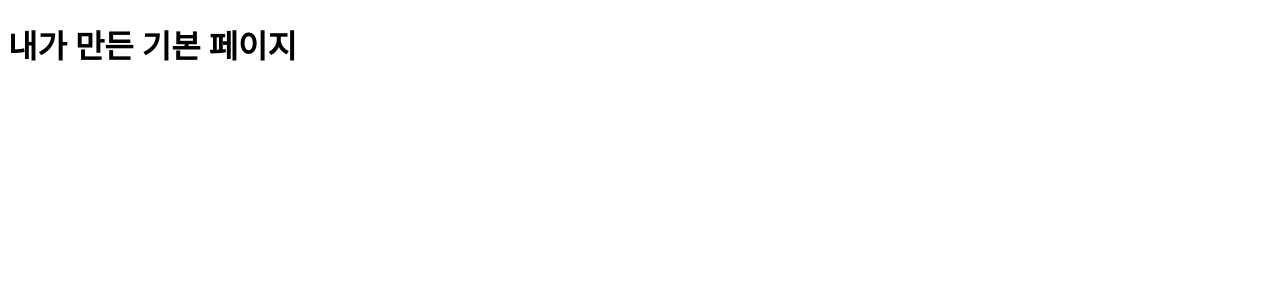
Repository: coconut510/mybatis
Page: mybatis_01/WebContent/index.html
These files come from the project's save history. The page is drawn as it stood at one moment and after a run of saves; the edit follows.
The browser window is 1280 px wide. The pictures show the whole page.

Above is the page before, as saved 2018-06-26 07:16:03.

After the next 4 saves:
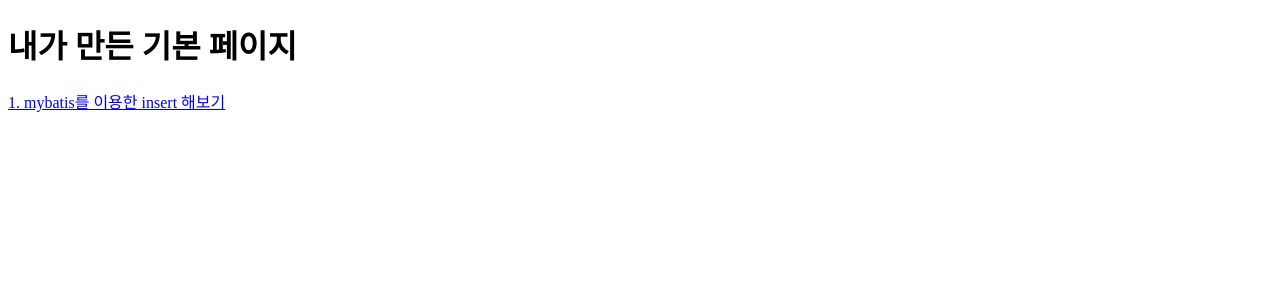
The 4 saves are shown as one change because they came seconds apart.
The last was saved 28 s later.
--- a/mybatis_01/WebContent/index.html
+++ b/mybatis_01/WebContent/index.html
@@ -5,7 +5,8 @@
 <title>Insert title here</title>
 </head>
 <body>
-<h1>내가 만든 기본 페이지</h1>
-<a href="/mybatisTest1"></a>
+	<h1>내가 만든 기본 페이지</h1>
+	<a href="/mybatisTest1">1. mybatis를 이용한 insert 해보기</a>
+
 </body>
 </html>
